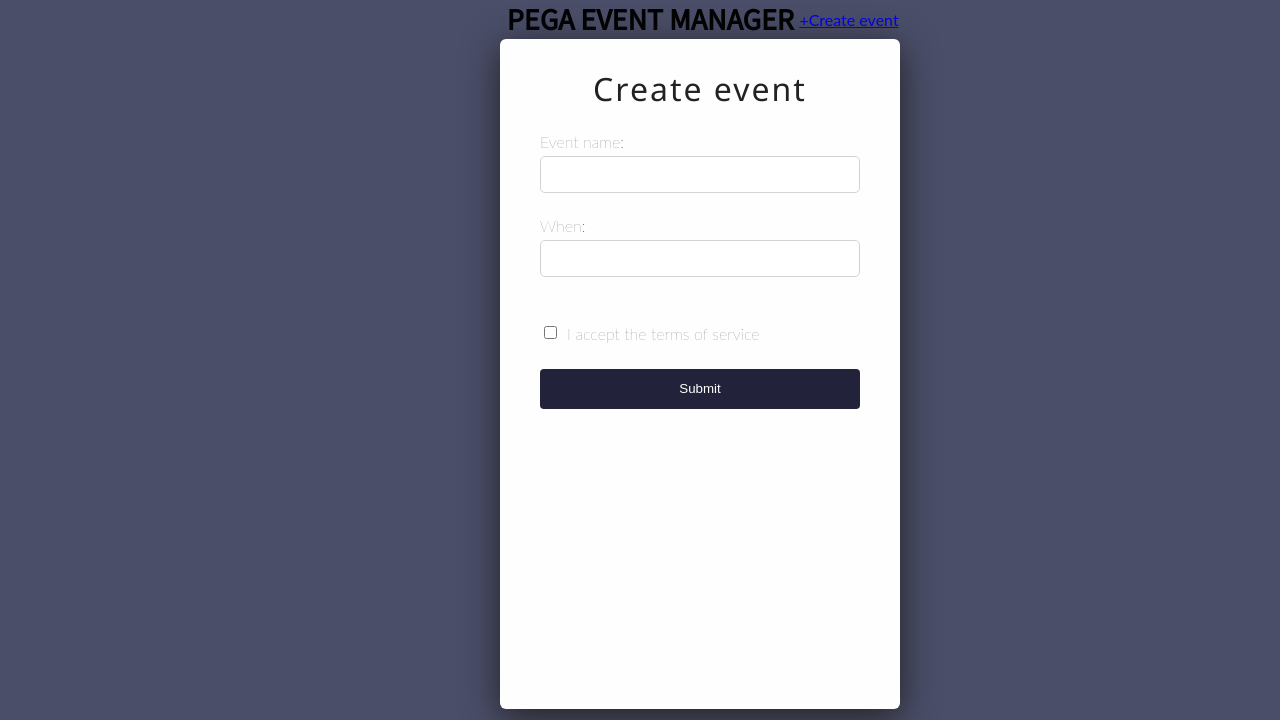
Repository: SasiVeeramachaneni/eventmanager
Page: /create
An editor plug-in stored every save of this project. The page is shown before and after the next save, followed by the edit.
The browser window is 1280 px wide. The pictures show the whole page.
The project was rebuilt for these pictures with package versions that can differ from the ones it lists, and the page was loaded fresh each time. Also part of the build but not shown: src/Events.js, src/App.js.

Above is the page before, as saved 2020-09-03 00:19:16.

### src/index.js
import React from 'react';
import ReactDOM from 'react-dom';
import {BrowserRouter, Route, Switch, Link} from 'react-router-dom';
import './index.css';
import logo from './logo.svg';
import App from './App';
import CreateEvent from './createEvent';
import './fonts/SourceSansPro-Regular.ttf';

const Header = () => (
  <div className="header">
    <div className="logo"><img src={logo} alt=""/></div>
    <div className="heading">PEGA EVENT MANAGER</div>
    <div className="logo"><Link to="/create">+Create event</Link></div>
  </div>
);


const AddEvent = () => (
  <CreateEvent />
);

const noRoute = () => (
  <div>
    404!-<Link to="/">Go home</Link>
  </div>
);

const routes = (
  <BrowserRouter>
  <div className="App">
    <Header />
    <Switch>
      <Route path="/" component={App} exact={true}/>
      <Route path="/create" component={AddEvent} />
      <Route component={noRoute} />
    </Switch>
    </div>
  </BrowserRouter>
);

ReactDOM.render(
  routes,
  document.getElementById('root')
);

### src/createEvent.js
import React, { useState, useEffect } from "react";
import './createEvent.css';

function CreateEvent() {
  const [email, setEmail] = useState("");
  const [password, setPassword] = useState("");
  const [acceptedTerms, setAcceptedTerms] = useState(false);

  const handleSubmit = (event) => {
    console.log(`
      Email: ${email}
      Password: ${password}
      Accepted Terms: ${acceptedTerms}
    `);

    event.preventDefault();
  }

  return (
    <form onSubmit={handleSubmit}>
      <h1>Create event</h1>

      <label>
        Event name:
        <input
          name="email"
          type="email"
          value={email}
          onChange={e => setEmail(e.target.value)}
          required />
      </label>

      <label>
        When:
        <input
          name="password"
          type="password"
          value={password}
          onChange={e => setPassword(e.target.value)}
          required />
      </label>

      <label>
        <input
          name="acceptedTerms"
          type="checkbox"
          onChange={e => setAcceptedTerms(e.target.value)}
          required />
        I accept the terms of service
      </label>

      <button>Submit</button>
    </form>
  );
}

export default CreateEvent;

### src/App.css
.App {
  height: 100vh;
  display: grid;
  grid-template-rows: 50px 1fr;
  width: 70%;
  margin-left: auto;
  margin-right: auto;
}

@font-face {
  font-family: 'SourceSansPro';
  src: local('SourceSansPro'), url(./fonts/SourceSansPro-Regular.ttf) format('truetype');
}


.container {
  padding: 2px 16px;
}

.cardList {
  display: flex;
  flex-direction: row;
  justify-content: center;
  max-width: 1000px;
  flex-wrap: wrap;
}

.header {
  display: flex;
  align-items: stretch;
  justify-content: space-evenly;
  padding-top: 10px;
}

.logo {
  flex-grow: 1;
  display: flex;
  align-items: center;
  justify-content: center;
}

.heading {
  flex-grow: 3;
  display: flex;
  align-items: center;
  justify-content: center;
  font-size: 30px;
  font-weight: bold;
  font-family: SourceSansPro;

}

.createbutton {
  width: 10rem;
  color: #FFF;
  background: #4BA7FE;
  border-radius: 8px;
  font-size: 15px;
  line-height: 24px;
  height: 2.5rem;
  position: relative;
  align-items: center;
  box-sizing: border-box;
  transition: all 0.4s ease-in-out;
  border: none;
  font-family: SourceSansPro;


}

.body {

}

#events {
  text-align: center;
  font-family: "Trebuchet MS", Arial, Helvetica, sans-serif;
  border-collapse: collapse;
  border: 3px solid #ddd;
  width: 100%;
}

#events td, #events th {
  border: 1px solid #ddd;
  padding: 8px;
  height: 40px;
}

#events tr:nth-child(even){background-color: #c4f2f8;}

#events tr:hover {background-color: #8AFFDD;}

#events th {
  padding-top: 12px;
  padding-bottom: 12px;
  text-align: center;
  background-color: #4CAF50;
  color: white;
}

### src/createEvent.css
* {
    box-sizing: border-box;
  }

  body {
    font-family: Lato;
    height: 97vh;
    width: 100%;
    display: flex;
    flex-direction: column;
    justify-content: center;
    align-items: center;
    background-color: #4A4E69;
  }

  form {
    display: flex;
    flex-direction: column;
    width: 400px;
    min-width: 100px;
    min-height: 400px;
    padding: 20px 40px 40px 40px;
    border-radius: 6px;
    box-shadow: 0px 8px 36px #222;
    background-color: #fefefe;
  }

  form > h1 {
    display: flex;
    justify-content: center;
    font-family: "Segoe UI", "Ubuntu", "Roboto", "Open Sans", "Helvetica Neue", sans-serif;
    font-size: 2em;
    font-weight: lighter;
    margin-top: 0.25em;
    color: #222;
    letter-spacing: 2px;
  }

  .info {
    padding-bottom: 1em;
    padding-left: 0.5em;
    padding-right: 0.5em;
  }

  label {
    margin-bottom: 0.5em;
    color: #444;
    font-weight: lighter;
  }

  input {
    display: flex;
    flex-direction: column;
    margin-bottom: 15px;
    width: 100%;
  }
  input, select {
    padding: 10px 10px;
    border-radius: 5px;
    border: 1px solid #d6d1d5;
    margin-top: 5px;
  }
  select {
    display: block;
    width: 100%;
    height: 35px;
  }
  input[type="checkbox"] {
    display: inline-block;
    width: auto;
    margin-top: 2em;
    margin-right: 10px;
  }

  button {
    min-width: 100%;
    cursor: pointer;
    margin-right: 0.25em;
    margin-top: 0.5em;
    padding: 	0.938em;
    border: none;
    border-radius: 4px;
    background-color: #22223B;
    color: #fefefe;
  }
  button:hover {
    background-color: #4A4E69;
    color: #fefefe;
  }

  .error {
    color:#db2269;
    font-size: 0.5em;
    display: relative;
  }

  .submit {
    width: 100%;
    display: flex;
    flex-wrap: wrap;
  }

Loaded but not shown: public/index.html (common file); src/index.css (common file)

After the next save:
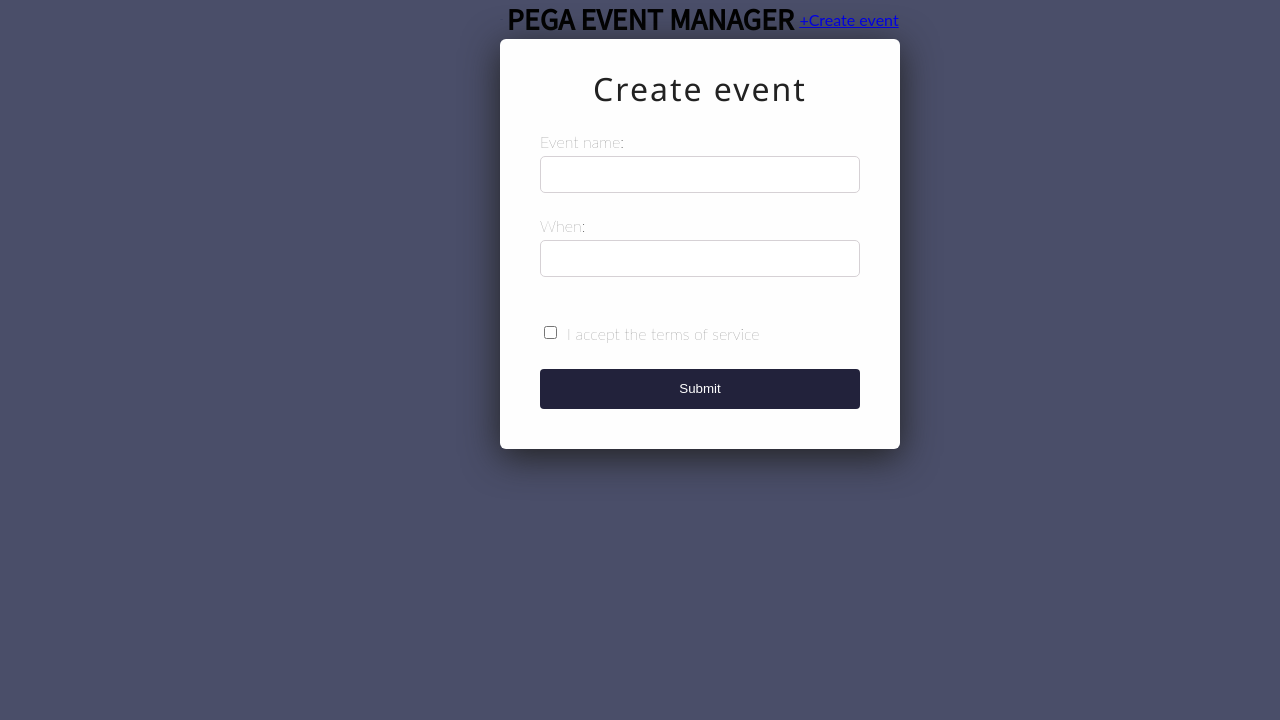
Saved 53 s later.
--- a/src/createEvent.js
+++ b/src/createEvent.js
@@ -17,6 +17,7 @@
   }
 
   return (
+      <div className="createEvent">
     <form onSubmit={handleSubmit}>
       <h1>Create event</h1>
 
@@ -51,6 +52,7 @@
 
       <button>Submit</button>
     </form>
+    </div>
   );
 }
 
